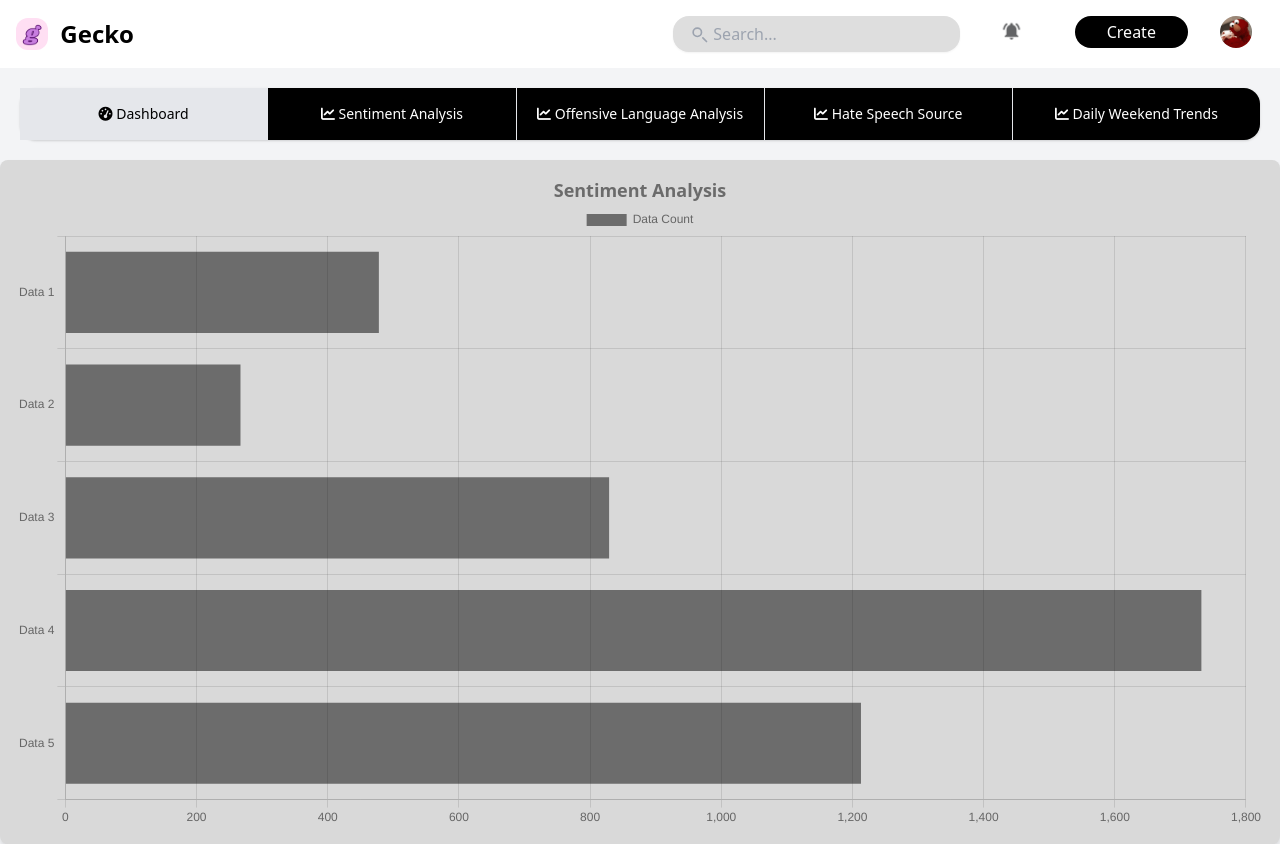
Repository: theamgri/thesis-website-nextjs
Page: sentiment.html
An editor plug-in stored every save of this project. The page is shown before and after the next save, followed by the edit.
The browser window is 1280 px wide. The pictures show the whole page.

Above is the page before, as saved 2023-10-07 10:27:36.

After the next save:
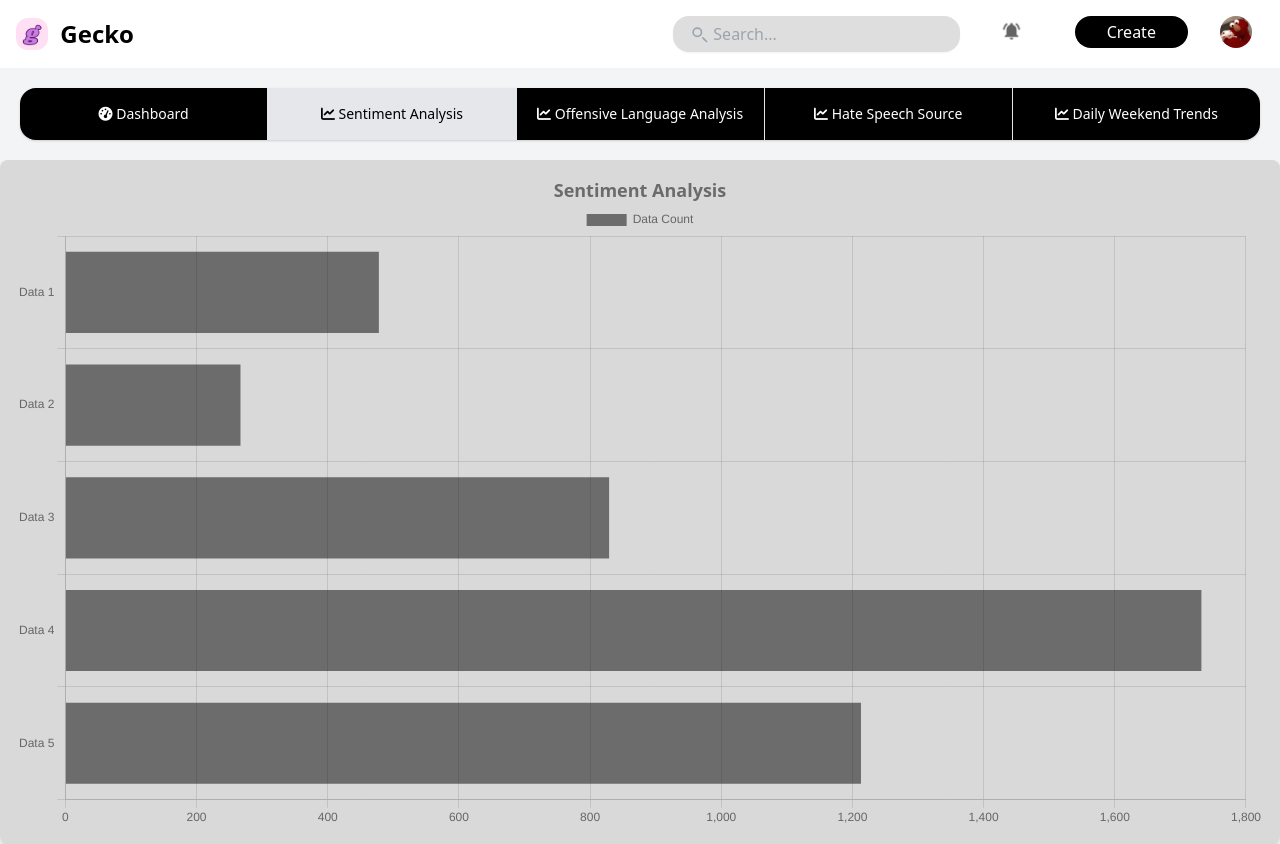
Saved 46 s later.
--- a/sentiment.html
+++ b/sentiment.html
@@ -94,13 +94,13 @@
 </div>
 <ul class="m-5 rounded-2xl drop-shadow-xl hidden text-sm font-medium text-center text-white divide-x divide-gray-200 rounded-lg shadow sm:flex bg-black dark:bg-gray-900 dark:divide-gray-700">
     <li class="w-full">
-        <a href="#" class="inline-block font-medium w-full p-4 text-black bg-gray-200 focus:ring-4 focus:ring-blue-300 focus:outline-none" aria-current="page">
+        <a href="#" class="inline-block font-medium w-full p-4 hover:text-white focus:ring-4 focus:ring-blue-300 focus:outline-none dark:hover:bg-gray-700" aria-current="page">
             <i class="fas fa-tachometer-alt"></i> Dashboard
         </a>
     </li>
     <li class="w-full">
         <!-- Add an ID to the link for JavaScript -->
-        <a id="sentimentLink" href="#" class="inline-block font-medium w-full p-4 hover:text-white focus:ring-4 focus:ring-blue-300 focus:outline-none dark:hover:bg-gray-700">
+        <a id="sentimentLink" href="#" class="inline-block font-medium w-full p-4 text-black bg-gray-200 focus:ring-4 focus:ring-blue-300 focus:outline-none">
             <i class="fas fa-chart-line"></i> Sentiment Analysis
         </a>
     </li>
